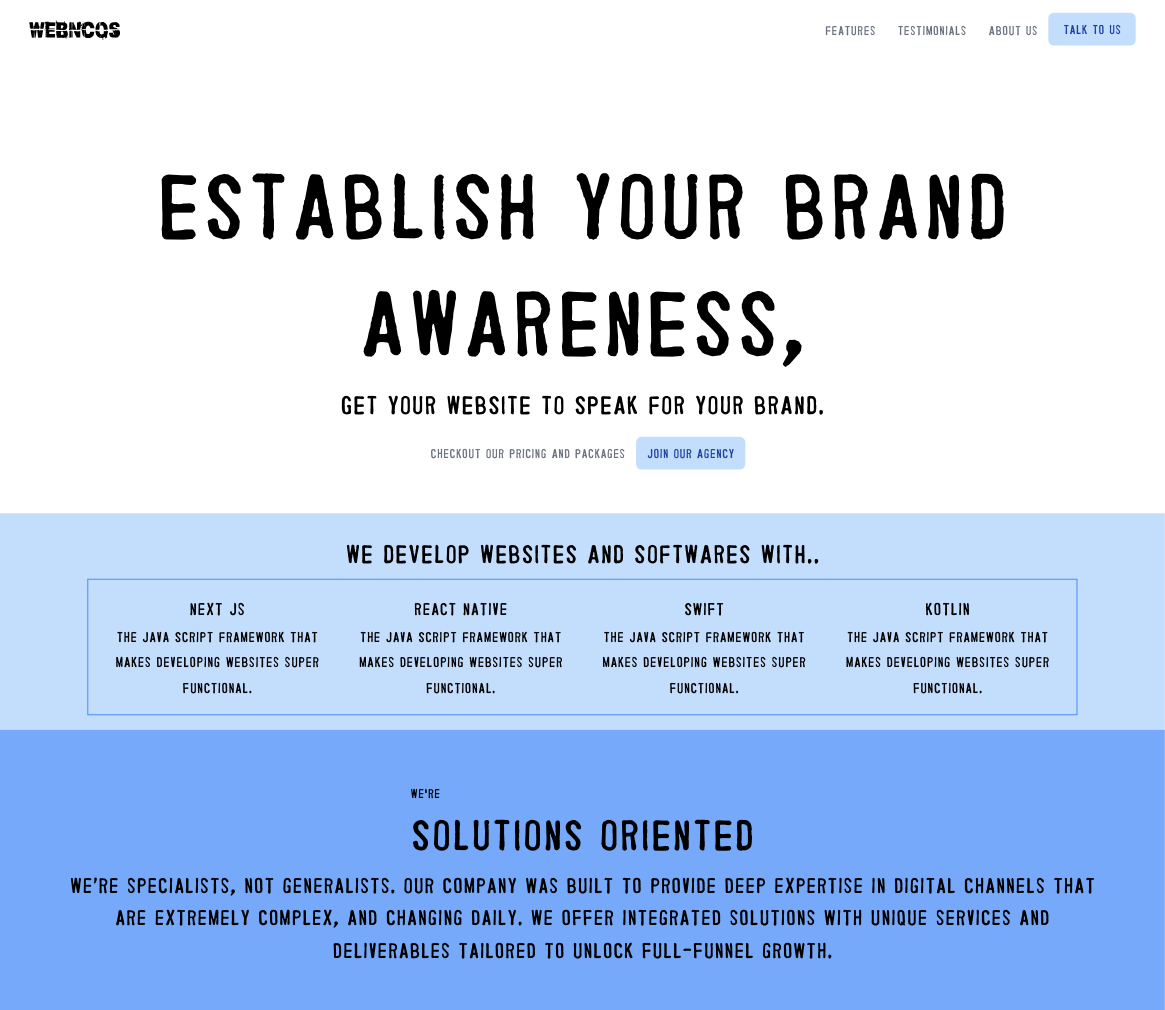
Repository: 1realjulius/webncos
Page: /
These files come from the project's save history. The page is drawn as it stood at one moment and after the next save; the edit follows.
The browser window is 1280 px wide. The pictures show the whole page, at 91% of full size.
The project was rebuilt for these pictures with package versions that can differ from the ones it lists, and the page was loaded fresh each time. The framework's server and built-in components were replaced by stand-ins that run in the browser. Also part of the build but not shown: next.config.js.

Above is the page before, as saved 2022-09-02 08:59:47.

### pages/index.tsx
import type { NextPage } from "next";
import Head from "next/head";
import ComingSoon from "../components/ComingSoon";
import MainHome from "../components/MainHome";
import NavigationBar from "../components/NavigationBar";

const Home: NextPage = () => {
  return (
    <div className="flex min-h-screen flex-col font-parcel">
      <Head>
        <title>Webncos</title>
        <meta
          name="description"
          content="Website and Software Development Agency."
        />
        <meta property="og:type" content="website" />
        <meta property="og:url" content="https://www.webncos.com/" />
        <meta
          property="og:title"
          content="Webncos — Website and Software Development Agency."
        />
        <meta
          property="og:description"
          content="Website and Software Development Agency."
        />
        {/* <meta property="og:image" content="/Assets/newmemoji.svg"/> */}
        {/* <meta property="twitter:card" content="/Assets/Julius_Eghan.jpg"/> */}
        <meta property="twitter:url" content="https://www.webncos.com/" />
        <meta
          property="twitter:title"
          content="Webncos — Website and Software Development Agency."
        />
        <meta
          property="twitter:description"
          content="Website and Software Development Agency."
        />
        {/* <meta property="twitter:image" content="/Assets/Julius_Eghan.jpg"/> */}
        <link rel="icon" href="/favicon.ico" />
        <link
          rel="apple-touch-icon"
          sizes="180x180"
          href="/apple-touch-icon.png"
        />
        <link
          rel="icon"
          type="image/png"
          sizes="32x32"
          href="/favicon-32x32.png"
        />
        <link
          rel="icon"
          type="image/png"
          sizes="16x16"
          href="/favicon-16x16.png"
        />
        <link rel="manifest" href="/site.webmanifest" />
        {/* <meta name="google-site-verification" content="0HesePHVymRqGiL70HUKPIq0Zsap0uUIb_Ci0DpImRY" /> */}
        <meta
          name="theme-color"
          content="#2563eb"
          media="(prefers-color-scheme: light)"
        />
        <meta
          name="theme-color"
          content="#2563eb"
          media="(prefers-color-scheme: dark)"
        />
      </Head>
      <NavigationBar />
      <MainHome />
    </div>
  );
};

export default Home;

### styles/globals.css
@tailwind base;
@tailwind components;
@tailwind utilities;

@layer base{
      @font-face{
        font-family: 'ApercuBold';
        src: url("/Fonts/ApercuPro-Bold.woff") format("woff"),url("/Fonts/ApercuPro-Bold.woff2") format("woff2");
      }
      @font-face{
        font-family: 'ApercuMedium';
        src: url("/Fonts/ApercuPro-Medium.woff") format("woff"),url("/Fonts/ApercuPro-Medium.woff2") format("woff2");
      }
      @font-face{
        font-family: 'circularBlack';
        src: url("/Fonts/circular-black.woff2") format("woff2");
      }
      @font-face{
        font-family: 'circularBold';
        src: url("/Fonts/circular-bold.woff2") format("woff2");
      }
      @font-face{
        font-family: 'circularBook';
        src: url("/Fonts/circular-book.woff2") format("woff2");
      }
      @font-face{
        font-family: 'circularMedium';
        src: url("/Fonts/circular-medium.woff2") format("woff2");
      }
      @font-face{
        font-family: 'parcel';
        src: url("/Fonts/parcel.woff2") format("woff2"), url("/Fonts/parcel.woff") format("woff");
      }
    }

### components/MainHome.tsx
import Link from "next/link";
import React from "react";
import Image from "next/image";
import FeatureImg from "/Assets/Julius_Eghan.jpg";
import FImg from "/Assets/Julius_Eghan.jpg";

const MainHome = () => {
  return (
    <div>
      {/* header */}
      <div>
        <div className=" flex flex-col items-center justify-center mt-20 mb-10">
          <div className="pt-4 pb-2">
            <h1 className="text-6xl md:text-9xl text-center font-parcel px-2">
              ESTABLISH YOUR BRAND AWARENESS,
            </h1>
          </div>
          <div className="pb-2">
            <h2 className="text-2xl md:text-4xl font-parcel px-2">
              GET YOUR WEBSITE TO SPEAK FOR YOUR BRAND.
            </h2>
          </div>
          <div className="flex flex-col md:flex-row items-center">
            <div className="px-3 py-1 my-2">
              <Link href="#">
                <h3 className="text-gray-500 hover:text-gray-900 cursor-pointer text-lg">
                  Checkout Our Pricing And Packages
                </h3>
              </Link>
            </div>
            <Link href="#">
              <div className="px-3 py-1 rounded-md bg-blue-200 active:bg-blue-300 my-2 cursor-pointer">
                <h3 className="text-blue-800 text-lg">Join Our Agency</h3>
              </div>
            </Link>
          </div>
        </div>
      </div>
      {/* We develop brands */}
      <div className="flex flex-col bg-blue-200 p-4 px-4 md:px-24 items-center justify-center">
        <div className="py-2">
          <h1 className="text-4xl">
            WE DEVELOP WEBSITES AND SOFTWARES WITH..
          </h1>
        </div>
        <div className="p-2 flex flex-col md:flex-row border border-blue-500">
          <div className="flex flex-row">
            <div className="p-2 text-center">
              <div>
                <h1 className="text-2xl">Next Js</h1>
              </div>
              <div>
                <p className="text- base md:text-xl">The Java Script Framework that makes developing websites super
                functional.</p>
              </div>
            </div>
            <div className="p-2 text-center">
              <div>
                <h1 className="text-2xl">React Native</h1>
              </div>
              <div>
                <p className="text- base md:text-xl">The Java Script Framework that makes developing websites super
                functional.</p>
              </div>
            </div>
          </div>
          <div className=" flex flex-row">
            <div className="p-2 text-center">
              <div>
                <h1 className="text-2xl">Swift</h1>
              </div>
              <div>
                <p className="text- base md:text-xl">The Java Script Framework that makes developing websites super
                functional.</p>
              </div>
            </div>
            <div className="p-2 text-center">
              <div>
                <h1 className="text-2xl">Kotlin</h1>
              </div>
              <div>
                <p className="text- base md:text-xl">The Java Script Framework that makes developing websites super
                functional.</p>
              </div>
            </div>
          </div>
        </div>
      </div>
      {/* Fameworks Used */}
      <div className="py-12 bg-blue-400">
        <div className="flex flex-col items-center justify-center mx-4">
          <h1 className="text-6xl py-2"> <p className="text-lg">We're</p> SOLUTIONS ORIENTED</h1>
          <p className="text-center text-2xl md:text-3xl md:px-14">
            We’re specialists, not generalists. Our company was built to provide
            deep expertise in digital channels that are extremely complex, and
            changing daily. We offer integrated solutions with unique services
            and deliverables tailored to unlock full-funnel growth.
          </p>
        </div>
      </div>
      {/* Services We offer (Features) */}
      <div></div>
      {/* Testimonials */}
      <div></div>
      {/* FAQs */}
      <div></div>
      {/* Other Sections */}
      <div></div>
    </div>
  );
};

export default MainHome;

### components/NavigationBar.tsx
/* This example requires Tailwind CSS v2.0+ */
import { Fragment } from "react";
import { Disclosure, Menu, Transition } from "@headlessui/react";
import { BellIcon, MenuIcon, XIcon } from "@heroicons/react/outline";
import Link from "next/link";
import Image from "next/image";

function classNames(...classes: string[]) {
  return classes.filter(Boolean).join(" ");
}

export default function NavigationBar() {
  return (
    <Disclosure as="nav" className="bg-white">
      {({ open }) => (
        <>
          <div className="max-w-7xl mx-auto px-4 sm:px-6 lg:px-8">
            <div className="flex justify-between h-16">
              <div className="flex">
                <div className="flex-shrink-0 flex items-center">
                  {/* the logo */}
                  <Link href="#">
                    <Image
                      src="/Assets/webncos-logo-lg.svg"
                      width={100}
                      height={22}
                      alt="webncos logo"
                      className=""
                    />
                  </Link>
                </div>
                <div className="hidden sm:ml-6 sm:flex sm:space-x-8"></div>
              </div>
              <div className="hidden sm:ml-6 sm:flex sm:items-center">
                <a
                  href="#"
                  className="text-gray-500 text-lg hover:text-gray-900 inline-flex items-center px-3 pt-1 "
                >
                  Features
                </a>
                <a
                  href="#"
                  className=" text-gray-500 hover:text-gray-900 inline-flex items-center px-3 pt-1  text-lg"
                >
                  Testimonials
                </a>
                <a
                  href="#"
                  className=" text-gray-500 hover:text-gray-900 inline-flex items-center px-3 pt-1  text-lg"
                >
                  About Us
                </a>
                <Link href="#">
                  <div className="px-4 py-1 bg-blue-200 active:bg-blue-300 rounded-md cursor-pointer">
                    <h2 className="text-blue-800 text-lg">Talk To Us</h2>
                  </div>
                </Link>
              </div>
              <div className="-mr-2 flex items-center sm:hidden">
                {/* Mobile menu button */}
                <Disclosure.Button className="inline-flex items-center justify-center p-2 rounded-full text-gray-400 hover:text-gray-500 hover:bg-gray-100 ">
                  <span className="sr-only">Open main menu</span>
                  {open ? (
                    <XIcon className="block h-6 w-6" aria-hidden="true" />
                  ) : (
                    <MenuIcon className="block h-6 w-6" aria-hidden="true" />
                  )}
                </Disclosure.Button>
              </div>
            </div>
          </div>

          <Disclosure.Panel className="sm:hidden border-2 rounded-lg px-2 mx-2">
            <div className="flex flex-col pt-2 space-y-1 items-center">
              <a
                className="hover:bg-gray-100 w-full text-center py-2 rounded-md text-lg"
                href="#"
              >
                Features
              </a>
              <a
                className="hover:bg-gray-100 w-full text-center py-2 rounded-md text-lg"
                href="#"
              >
                Testimonials
              </a>
              <a
                className="hover:bg-gray-100 w-full text-center py-2 rounded-md text-lg"
                href="#"
              >
                About Us
              </a>
            </div>
            <div className="flex py-2 items-center justify-center">
              <Link href="#">
                <div className="px-3 py-1 bg-blue-200 active:bg-blue-300 rounded-md cursor-pointer">
                  <h2 className="text-blue-800 text-lg">Contact Us</h2>
                </div>
              </Link>
            </div>
          </Disclosure.Panel>
        </>
      )}
    </Disclosure>
  );
}

### tailwind.config.js
/** @type {import('tailwindcss').Config} */
module.exports = {
  content: [
    './pages/**/*.{js,ts,jsx,tsx}',
    './components/**/*.{js,ts,jsx,tsx}',
    "./node_modules/flowbite-react/**/*.js",
  ],
  theme: {
    extend: {
      fontFamily: {
        ApercuBold: 'ApercuBold, sans',
        ApercuMedium: 'ApercuMedium, sans',
        circularBlack: 'circularBlack, sans',
        circularBold: 'circularBold, sans',
        circularBook: 'circularBook, sans',
        circularMedium: 'circularMedium, sans',
        parcel: 'parcel, sans',
      },
    },
  },
  plugins: [
    require("flowbite/plugin")
  ],
}

Loaded but not shown: pages/_app.tsx (common file)

After the next save:
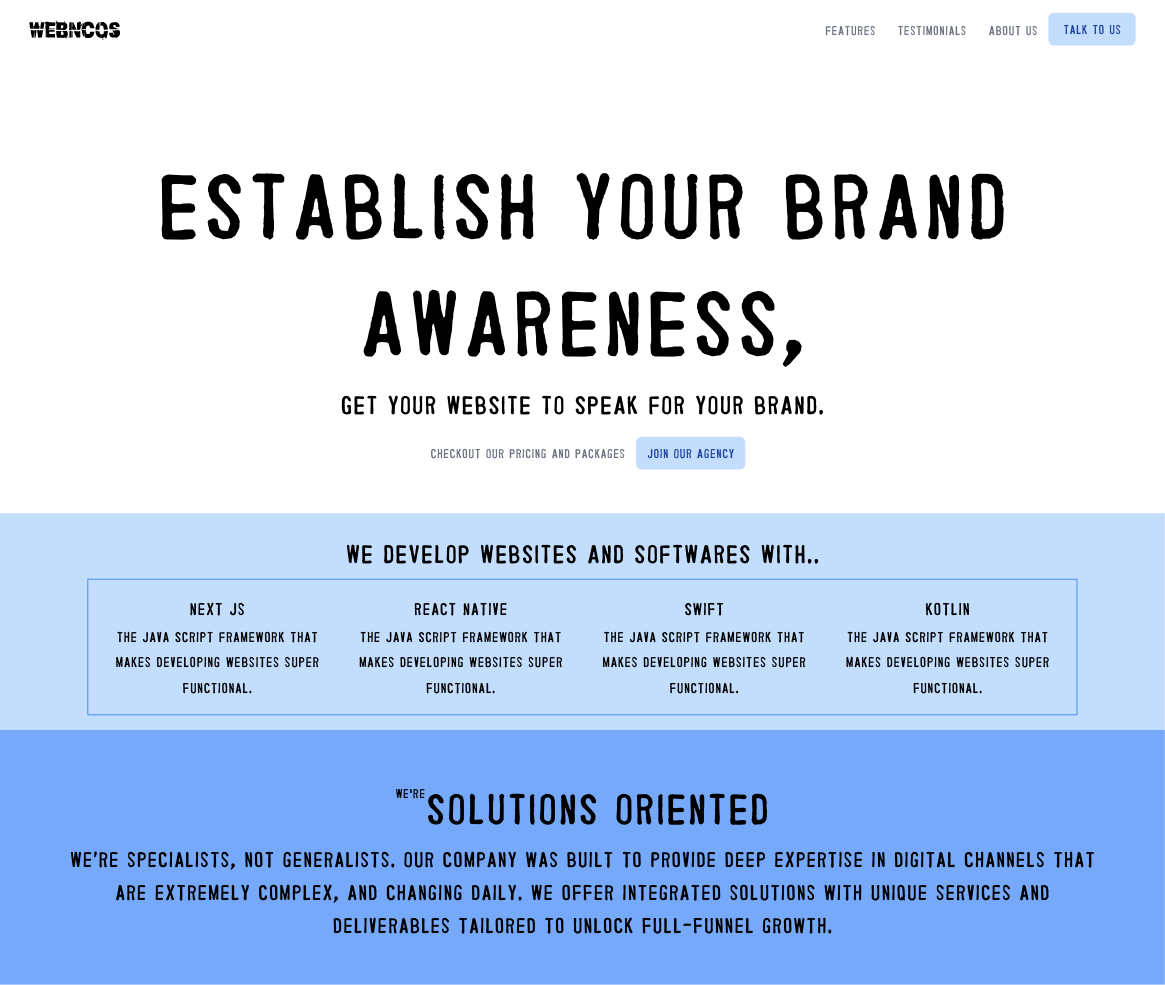
Saved 12 s later.
--- a/components/MainHome.tsx
+++ b/components/MainHome.tsx
@@ -89,7 +89,7 @@
       {/* Fameworks Used */}
       <div className="py-12 bg-blue-400">
         <div className="flex flex-col items-center justify-center mx-4">
-          <h1 className="text-6xl py-2"> <p className="text-lg">We're</p> SOLUTIONS ORIENTED</h1>
+          <h1 className="text-6xl py-2 flex"> <p className="text-lg">We're</p> SOLUTIONS ORIENTED</h1>
           <p className="text-center text-2xl md:text-3xl md:px-14">
             We’re specialists, not generalists. Our company was built to provide
             deep expertise in digital channels that are extremely complex, and
